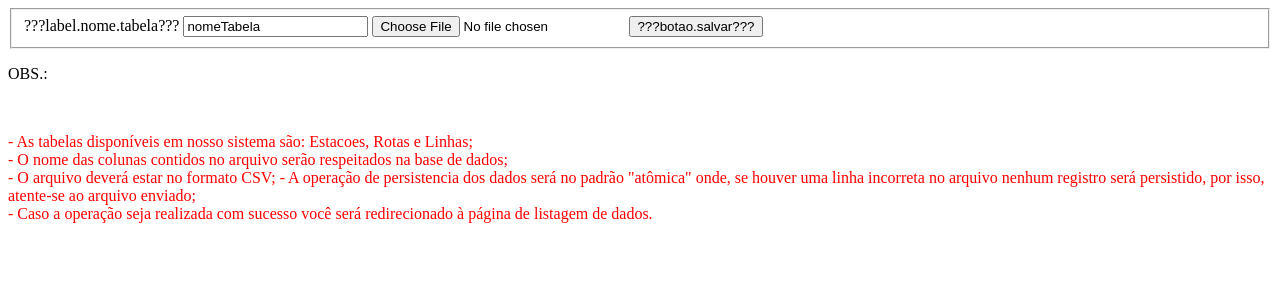
Repository: jonathansds/GIT_Metro-Londres
Page: http://localhost/Metro-Londres/WEB-INF/jsp/dados/trajeto.jsp
These files come from the project's save history. The page is drawn as it stood at one moment and after the next save; the edit follows.
The browser window is 1280 px wide. The pictures show the whole page.
The page is served by Tomcat 9. Nobody is signed in. Other server files are loaded and not shown. The template is opened directly, without the code that normally fills it, so the values that code supplies are empty.

Above is the page before, as saved 2014-05-12 08:26:29.

### Workspace_Metro-Londres/Metro-Londres/WebContent/WEB-INF/jsp/dados/trajeto.jsp
<?xml version="1.0" encoding="ISO-8859-1" ?>
<%@ page language="java" contentType="text/html; charset=ISO-8859-1" pageEncoding="ISO-8859-1"%>
<%@taglib uri="http://java.sun.com/jsp/jstl/core" prefix="c"%>
<%@taglib uri="http://java.sun.com/jsp/jstl/fmt" prefix="fmt"%>

<!DOCTYPE html PUBLIC "-//W3C//DTD XHTML 1.0 Transitional//EN" "http://www.w3.org/TR/xhtml1/DTD/xhtml1-transitional.dtd">
<html xmlns="http://www.w3.org/1999/xhtml"
	xmlns:p="http://primefaces.org/ui">


	<body>
		<form action="<c:url value='/importar' />" method="post" enctype="multipart/form-data">
			<fieldset>
				<label for="nome"><fmt:message key='label.nome.tabela' /></label>
				<input id="nome" type="text" name="nomeTabela" value="nomeTabela"/>
			    <input id="arq" type="file" name="arq" size="50" />
			    <button type="submit" ><fmt:message key='botao.salvar' /></button>
			</fieldset>
		</form>
		<p>OBS.:</p><br />
		<p style="color: red">
			- As tabelas disponíveis em nosso sistema são: Estacoes, Rotas e Linhas; <br />
			- O nome das colunas contidos no arquivo serão respeitados na base de dados; <br/>
			- O arquivo deverá estar no formato CSV;
			- A operação de persistencia dos dados será no padrão "atômica" onde, se houver uma linha incorreta no arquivo nenhum registro será persistido, por isso, atente-se ao arquivo enviado; <br/>
			- Caso a operação seja realizada com sucesso você será redirecionado à página de listagem de dados.
		</p>
	</body>
</html>

After the next save:
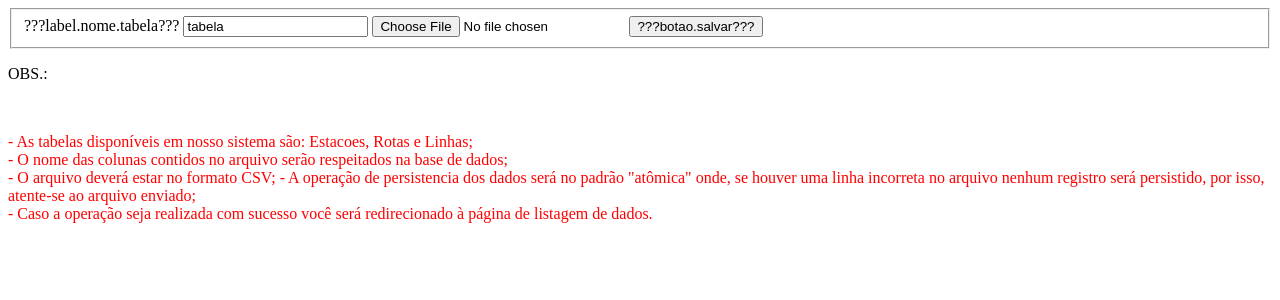
Saved 2 h 40 min later.
--- a/Workspace_Metro-Londres/Metro-Londres/WebContent/WEB-INF/jsp/dados/trajeto.jsp
+++ b/Workspace_Metro-Londres/Metro-Londres/WebContent/WEB-INF/jsp/dados/trajeto.jsp
@@ -12,8 +12,8 @@
 		<form action="<c:url value='/importar' />" method="post" enctype="multipart/form-data">
 			<fieldset>
 				<label for="nome"><fmt:message key='label.nome.tabela' /></label>
-				<input id="nome" type="text" name="nomeTabela" value="nomeTabela"/>
-			    <input id="arq" type="file" name="arq" size="50" />
+				<input id="nome" type="text" name="tabela" value="tabela"/>
+			    <input id="arquivo" type="file" name="arquivo" size="50" />
 			    <button type="submit" ><fmt:message key='botao.salvar' /></button>
 			</fieldset>
 		</form>
